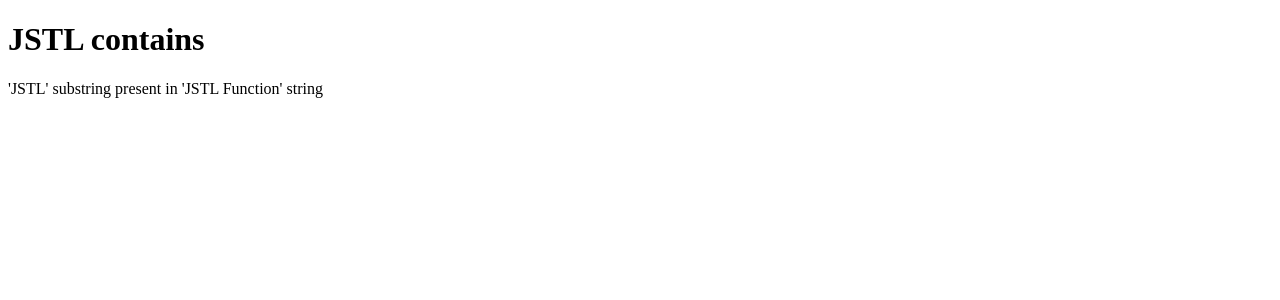
Repository: vedang03/servlet-jsp
Page: http://localhost/07-JSTL-functions/test.jsp
The author's editor kept a copy of each file at every save. The page is drawn from the files as they stood at one save, then again after the next save.
The browser window is 1280 px wide. The pictures show the whole page.
The page is served by Tomcat 9.

Above is the page before, as saved 2023-10-12 17:30:02.

### 07-JSTL-functions/WebContent/test.jsp
<%@ page language="java" contentType="text/html; charset=ISO-8859-1"
    pageEncoding="ISO-8859-1"%>
<%@ taglib uri="http://java.sun.com/jsp/jstl/core" prefix="c" %>
<%@ taglib uri="http://java.sun.com/jsp/jstl/functions" prefix="fn" %>
<!DOCTYPE html>
<html>
<head>
<meta charset="ISO-8859-1">
<title>Insert title here</title>
</head>
<body>
<h1>JSTL contains</h1>
<c:set var="str1" value="JSTL Function" ></c:set>
<c:set var="str2" value="JSTL" ></c:set>

 <c:if test="${fn:contains(str1, str2)}">
  <c:out value="'JSTL' substring present in 'JSTL Function' string" />
</c:if>
</body>
</html>

After the next save:
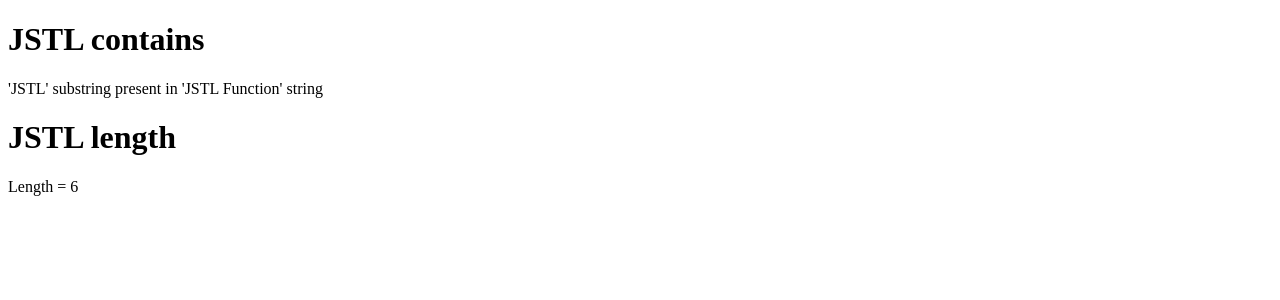
Saved 4 min 14 s later.
--- a/07-JSTL-functions/WebContent/test.jsp
+++ b/07-JSTL-functions/WebContent/test.jsp
@@ -16,5 +16,9 @@
  <c:if test="${fn:contains(str1, str2)}">
   <c:out value="'JSTL' substring present in 'JSTL Function' string" />
 </c:if>
+
+<h1>JSTL length</h1>
+<c:set var="str" value="Vedang" />
+Length = ${fn:length(str)}
 </body>
 </html>
